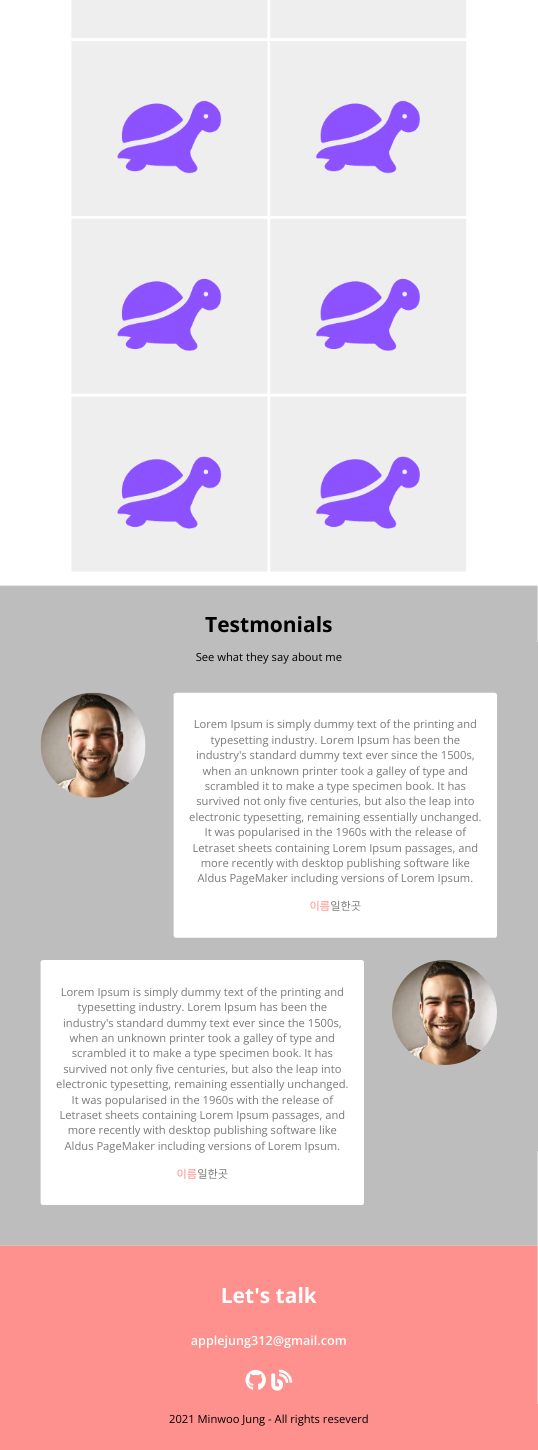
Repository: DevMinwoo-Jung/MinwooPortfolio
Page: index.html
The author's editor kept a copy of each file at every save. The page is drawn from the files as they stood at one save, then again after the next save.
The browser window is 768 px wide. The pictures show the part of the page from y = 3801 to 6041 px (the page is 5873 px tall before and 6041 px after), at 70% of full size.

Above is the page before, as saved 2021-06-07 08:15:33.

After the next save:
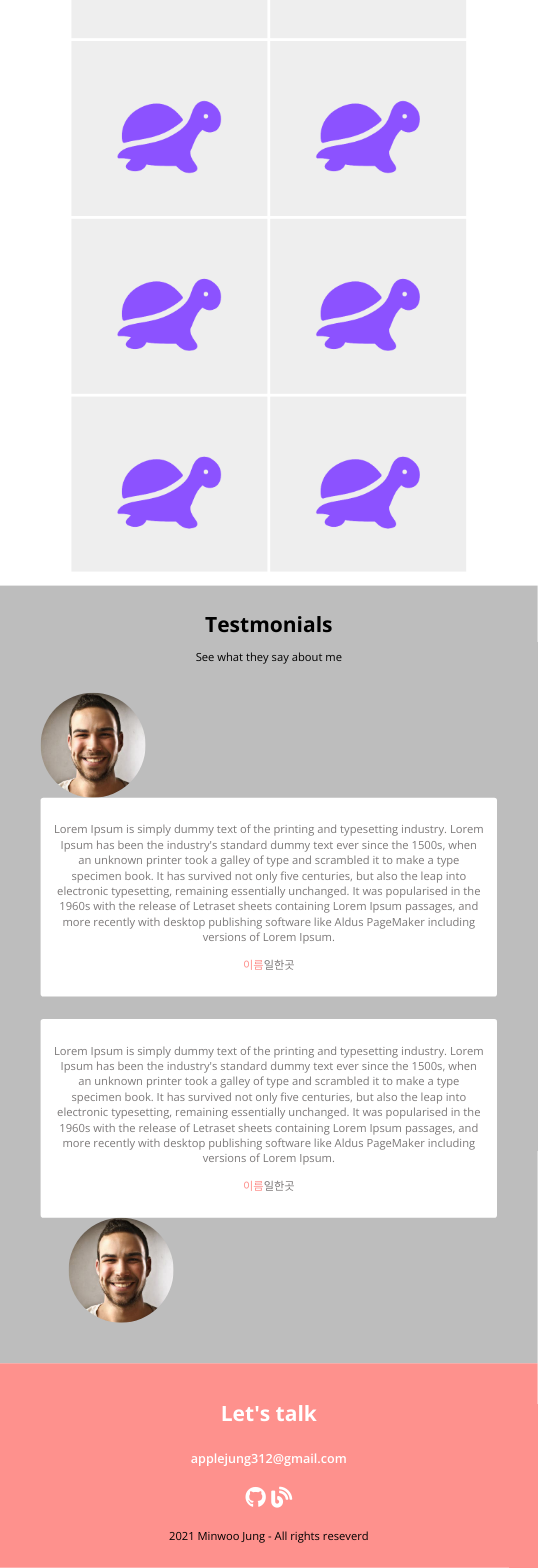
Saved 105 s later.
--- a/style.css
+++ b/style.css
@@ -585,6 +585,10 @@ button {
     height: 80px;
   }
 
+  .testimonial {
+    flex-direction: column;
+  }
+
   .section {
     padding: 18px;
   }
